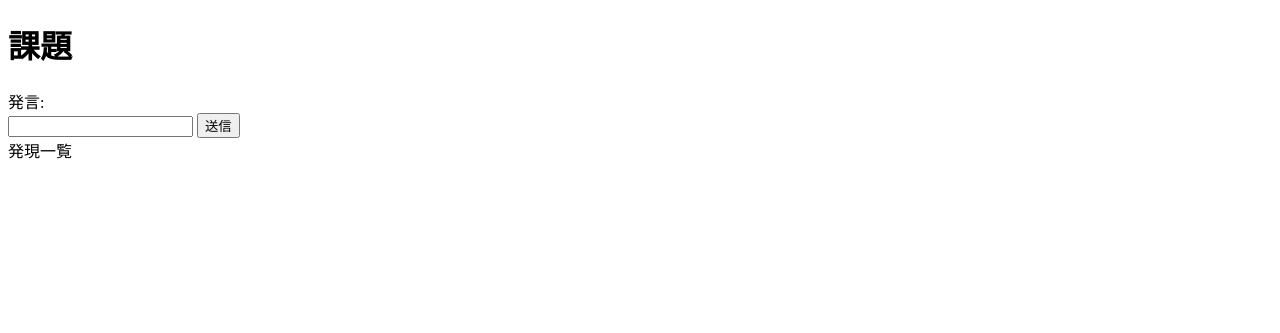
Repository: kawahito05-work/dc_work_nakano_kawahito_php
Page: http://localhost/htdocs/php09/challenge_file.php
The author's editor kept a record of every edit. The page is drawn from the files as they stood at one moment, then again after the next edit.
The browser window is 1280 px wide. The pictures show the whole page.
The page is run by PHP 8.4 with error messages shown; the project is at /var/www/html/.

Above is the page before.

### htdocs/php09/challenge_file.php
<?php
$filename = './challenge_log.txt';
$comment = '';

if ($_SERVER['REQUEST_METHOD'] === 'post') {
    if (isset($_POST['comment']) === TRUE) {
        $comment = $_POST['comment'];
    }
    if (($fp = fopen($filename, 'a')) !== FALSE) {
        if (fwrite($fp, $comment) === FALSE) {
            print 'ファイル書き込み失敗: '.$filename;
        }
        fclose($fp);
    }
}

$data = [];

if(is_readable($filename) === TRUE) {
    if (($fp = fopen($filename, 'r')) !== FALSE) {
        while (($tmp = fgets($fp)) !== FALSE) {
            $data[] = htmlspecialchars($tmp, ENT_QUOTES, 'UTF-8');
        }
        fclose($fp);
    }
} else {
    $data[] = 'ファイルがありません';
}

?>

<!DOCTYPE html>
<html lang="ja">
    <head>
        <meta charset="UTF-8">
        <title></title>
    </head>
    <body>
        <h1>課題</h1>
        発言:<form method="post">
            <input type="text" name="comment">
            <input type="submit" name="submit" value="送信">
        </form>
        発現一覧
    </body>
</html>

### htdocs/php09/challenge_log.txt
sssssaa2021-05-28 13:34:22	 aa2021-05-28 13:34:24	 aa2021-05-28 13:34:26	 ss2021-05-28 13:35:30	 ss
2021-05-28 13:35:32	 aa
2021-05-28 13:35:33	 dd
2021-05-28 13:35:35	 ss

After the next edit:
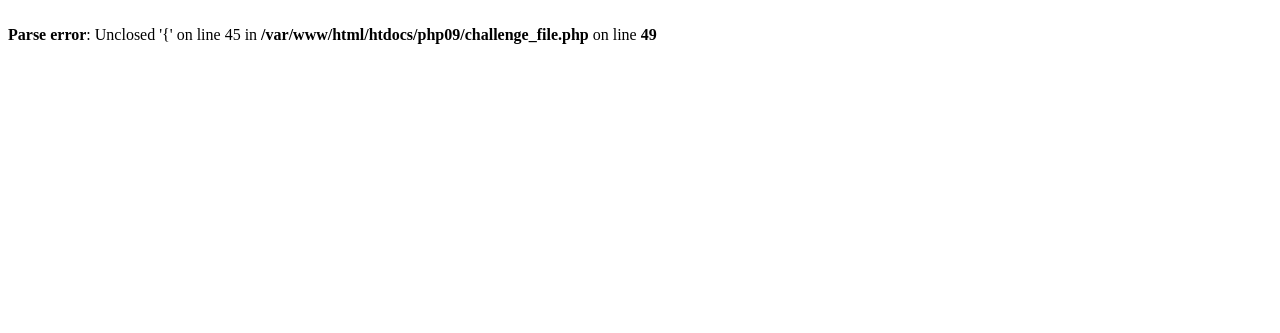
The edit:
--- a/htdocs/php09/challenge_file.php
+++ b/htdocs/php09/challenge_file.php
@@ -41,6 +41,8 @@
             <input type="text" name="comment">
             <input type="submit" name="submit" value="送信">
         </form>
-        発現一覧
+        発言一覧
+    <?php foreach ($data as $read) { ?>
+    <p><?php print $read; ?></p>
     </body>
 </html>

After the edit that followed:
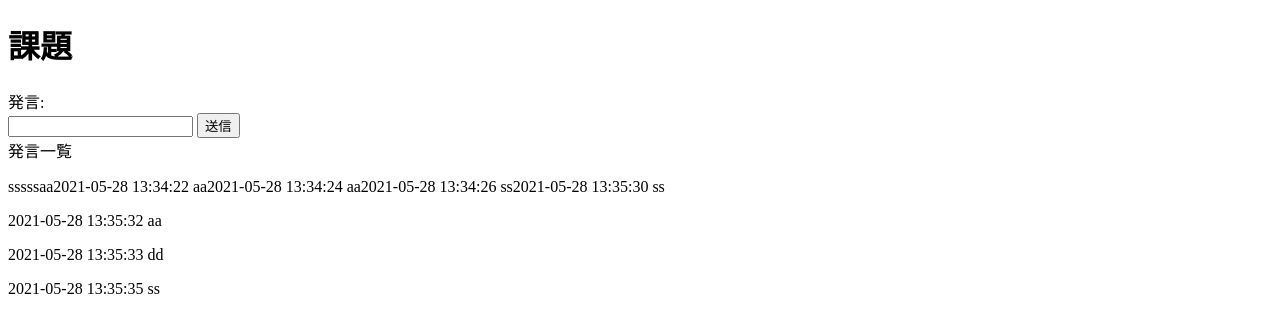
The edit:
--- a/htdocs/php09/challenge_file.php
+++ b/htdocs/php09/challenge_file.php
@@ -44,5 +44,6 @@
         発言一覧
     <?php foreach ($data as $read) { ?>
     <p><?php print $read; ?></p>
+    <?php } ?>
     </body>
 </html>
